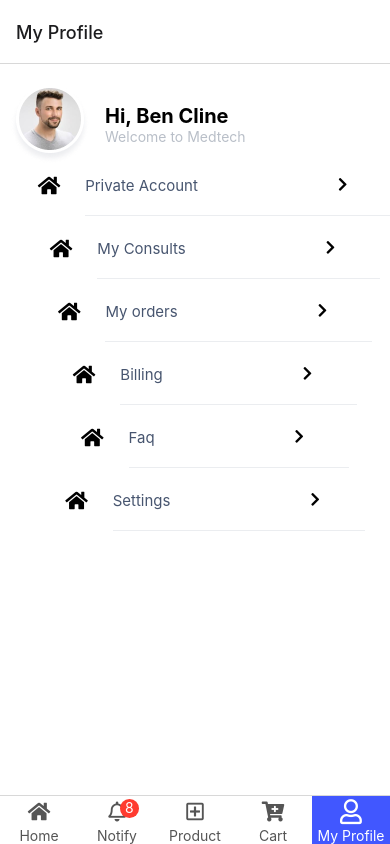
Repository: ntu34543/designReactNative
Screen: /My Profile
These files come from the project's save history. The screen is drawn as it stood at one moment and after the next save; the edit follows.
The app was drawn by React Native's web renderer in a window 390 px wide. The project was rebuilt for these pictures with package versions that can differ from the ones it lists, and the page was loaded fresh each time. Some packages were replaced by stand-ins written for this rebuild. Also part of the build but not shown: page/DiabetesCare.js, page/Notify.js, page/Cart.js.

Above is the screen before, as saved 2022-11-02 11:00:22.

### App.js
import { StatusBar } from "expo-status-bar";
import { StyleSheet, Text, View, Pressable, TabBarIOSItem } from "react-native";
import { NavigationContainer } from "@react-navigation/native";
import { createStackNavigator } from "@react-navigation/stack";
import ScreenA from "./page/Home";
import ScreenB from "./page/DiabetesCare";
import Profile from "./page/Profile";
import Notify from "./page/Notify";
import Cart from "./page/Cart";
import FontAwesome5 from "react-native-vector-icons/FontAwesome5";
import { createBottomTabNavigator } from "@react-navigation/bottom-tabs";

const Tab = createBottomTabNavigator();
const Stack = createStackNavigator();
// const Tab = createStackNavigator();
export default function App() {
  return (
    <NavigationContainer>
      <Tab.Navigator
        // screenOptions={{ header: () => null }}
        screenOptions={({ route }) => ({
          tabBarIcon: ({ focused, size, color }) => {
            let iconName;
            if (route.name === "Home") {
              iconName = "home";
              size = focused ? 25 : 20;
              // color = focused ? "#f0f" : "#555";
            } else if (route.name === "Product") {
              iconName = "plus-square";
              size = focused ? 25 : 20;
              // color = focused ? "#f0f" : "#555";
            } else if (route.name === "My Profile") {
              iconName = "user";
              size = focused ? 25 : 20;
              // color = focused ? "#f0f" : "#555";
            } else if (route.name === "Notify") {
              iconName = "bell";
              size = focused ? 25 : 20;
              // color = focused ? "#f0f" : "#555";
            } else if (route.name === "Cart") {
              iconName = "cart-plus";
              size = focused ? 25 : 20;
              // color = focused ? "#f0f" : "#555";
            }
            return <FontAwesome5 name={iconName} size={size} color={color} />;
          },
        })}
        tabBarOptions={{
          activeTintColor: "white",
          activeBackgroundColor: "#4157ff",
          inactiveTintColor: "#555",
          inactiveBackgroundColor: "white",
          showLabel: true,
          labelStyle: { fontSize: 14 },
        }}
      >
        <Tab.Screen
          name="Home"
          component={ScreenA}
          // options={{ tabBarBadge: 3 }}
        />
        {/* options={{header: () => null}} */}
        <Tab.Screen name="Notify" options={{ tabBarBadge: 8 }} component={Notify} />
        <Tab.Screen name="Product" component={ScreenB} />
        <Tab.Screen name="Cart" component={Cart} />
        <Tab.Screen name="My Profile" component={Profile} />
      </Tab.Navigator>
    </NavigationContainer>
  );
}

### page/Home.js
import { StatusBar } from "expo-status-bar";
import { StyleSheet, Text, View, Pressable } from "react-native";

export default function ScreenA({ navigation }) {
  const onPressHandler = () => {
    navigation.navigate("Screen_B");
    // navigation.replace("Screen_B");
  };
  return (
    <View style={styles.body}>
      <Text style={styles.text}>Home</Text>
      <Pressable
        onPress={onPressHandler}
        style={({ pressed }) => ({
          backgroundColor: pressed ? "#ddd" : "#0f0",
        })}
      >
        <Text style={styles.text}>Go to the Screen B</Text>
      </Pressable>
    </View>
  );
}

const styles = StyleSheet.create({
  body: {
    flex: 1,
    justifyContent: "center",
    alignItems: "center",
  },
  text: {
    fontSize: 30,
    fontWeight: "bold",
  },
});

### page/Profile.js
import { useState } from "react";
import { StatusBar } from "expo-status-bar";
import {
  StyleSheet,
  Text,
  View,
  Pressable,
  Image,
  ScrollView,
  FlatList,
  SafeAreaView,
} from "react-native";
import FontAwesome5 from "react-native-vector-icons/FontAwesome5";

export default function Profile({ navigation }) {
  const onPressHandler = () => {
    navigation.navigate("Screen_A");
    // navigation.goBack();
  };
  return (
    <View style={styles.body}>
      <View style={styles.header}>
        <Image
          style={styles.image}
          source={require("../assets/img/profile.png")}
        />
        <View style={styles.inf}>
          <Text style={styles.text1}>Hi, Ben Cline</Text>
          <Text style={styles.text2}>Welcome to Medtech</Text>
        </View>
      </View>
      <View style={styles.main}>
        <View style={styles.block}>
          <FontAwesome5 name="home" size={20} style={styles.iconHome} />
          <View style={styles.item}>
            <Text style={styles.text3}>Private Account</Text>
            <FontAwesome5 name="chevron-right" size={15} color="black" style={styles.iconChevron} />
          </View>
        </View>
        <View style={styles.block}>
          <FontAwesome5 name="home" size={20} style={styles.iconHome} />
          <View style={styles.item}>
            <Text style={styles.text3}>My Consults</Text>
            <FontAwesome5 name="chevron-right" size={15} color="black" style={styles.iconChevron1} />
          </View>
        </View>
        <View style={styles.block}>
          <FontAwesome5 name="home" size={20} style={styles.iconHome} />
          <View style={styles.item}>
            <Text style={styles.text3}>My orders</Text>
            <FontAwesome5 name="chevron-right" size={15} color="black" style={styles.iconChevron2} />
          </View>
        </View>
        <View style={styles.block}>
          <FontAwesome5 name="home" size={20} style={styles.iconHome} />
          <View style={styles.item}>
            <Text style={styles.text3}>Billing</Text>
            <FontAwesome5 name="chevron-right" size={15} color="black" style={styles.iconChevron3} />
          </View>
        </View>
        <View style={styles.block}>
          <FontAwesome5 name="home" size={20} style={styles.iconHome} />
          <View style={styles.item}>
            <Text style={styles.text3}>Faq</Text>
            <FontAwesome5 name="chevron-right" size={15} color="black" style={styles.iconChevron4} />
          </View>
        </View>
        <View style={styles.block}>
          <FontAwesome5 name="home" size={20} style={styles.iconHome} />
          <View style={styles.item}>
            <Text style={styles.text3}>Settings</Text>
            <FontAwesome5 name="chevron-right" size={15} color="black" style={styles.iconChevron5} />
          </View>
        </View>
      </View>
    </View>
  );
}

const styles = StyleSheet.create({
  body: {
    flex: 1,
    backgroundColor: "white",
    paddingLeft: 10,
    paddingRight: 0,
  },
  text: {
    fontSize: 30,
    fontWeight: "bold",
  },
  header: {
    flexDirection: "row",
    alignItems: "center",
    marginTop: 20,
  },
  inf: {
    marginLeft: 15,
  },
  image: {},
  text1: {
    fontWeight: "bold",
    fontSize: 20,
  },
  text2: {
    fontWeight: "light",
    fontSize: 14,
    color: "#b9bfc8",
  },
  main: {},
  block: {
    flexDirection: "row",
    alignItems: "center",
    justifyContent: "center",
    padding: 10,
  },
  item: {
    flexDirection: "row",
    borderBottomWidth: 1,
    borderBottomColor: "#091C3F14",
    marginLeft: 25,
    alignItems: "center",
    paddingRight: 45,
    paddingBottom: 20,
  },
  text3: {
    color: "#091C3FBF",
    fontWeight: "light",
    fontSize: 15,
  },
  iconChevron : {
    paddingLeft: 140,
  },
  iconChevron1 : {
    paddingLeft: 140,
  },
  iconChevron2 : {
    paddingLeft: 140,
  },
  iconChevron3 : {
    paddingLeft: 140,
  },
  iconChevron4 : {
    paddingLeft: 140,
  },
  iconChevron5 : {
    paddingLeft: 140,
  },
  iconHome: {
    marginLeft: 30,
    paddingBottom: 20,
  }
});

After the next save:
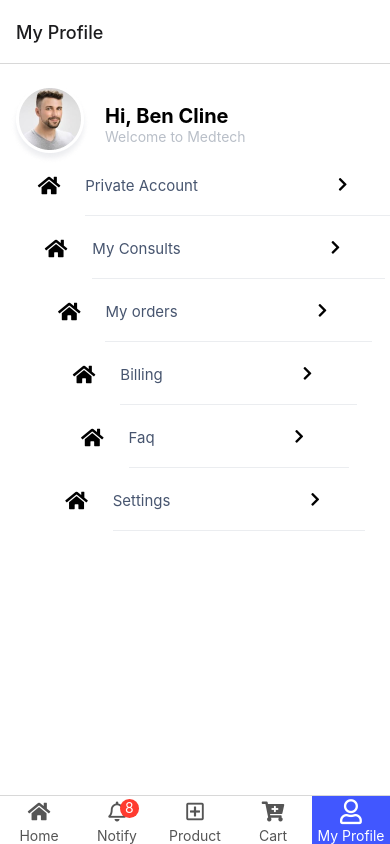
Saved 7 s later.
--- a/page/Profile.js
+++ b/page/Profile.js
@@ -131,7 +131,7 @@ const styles = StyleSheet.create({
     paddingLeft: 140,
   },
   iconChevron1 : {
-    paddingLeft: 140,
+    paddingLeft: 150,
   },
   iconChevron2 : {
     paddingLeft: 140,
